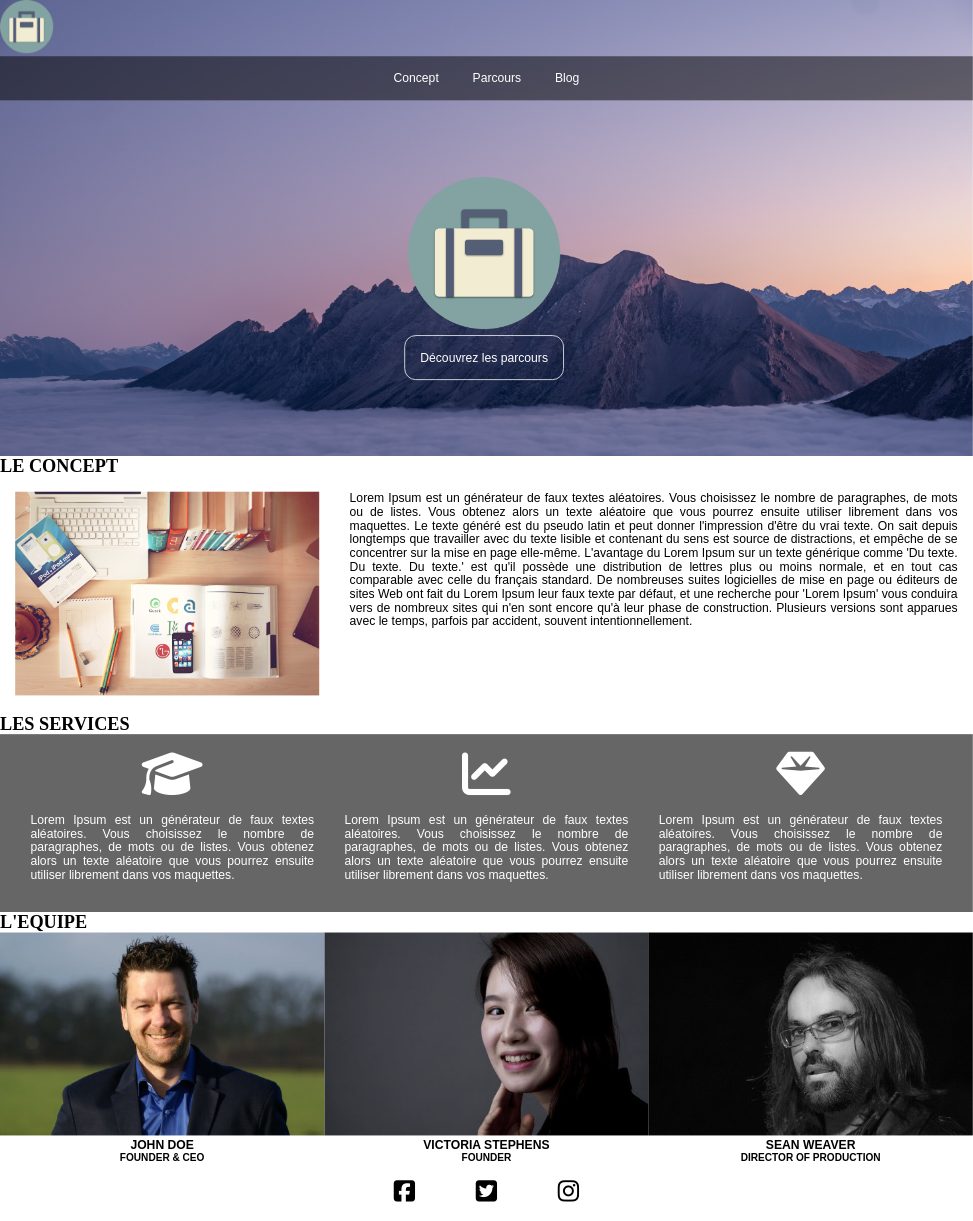
Repository: georeyff/WordPressThemes
Page: agenceVoyageInitial/index.html
These files come from the project's save history. The page is drawn as it stood at one moment and after the next save; the edit follows.
The browser window is 1280 px wide. The pictures show the whole page, at 76% of full size.
Some web libraries are served in a nearby version.

Above is the page before, as saved 2020-11-26 17:31:59.

After the next save:
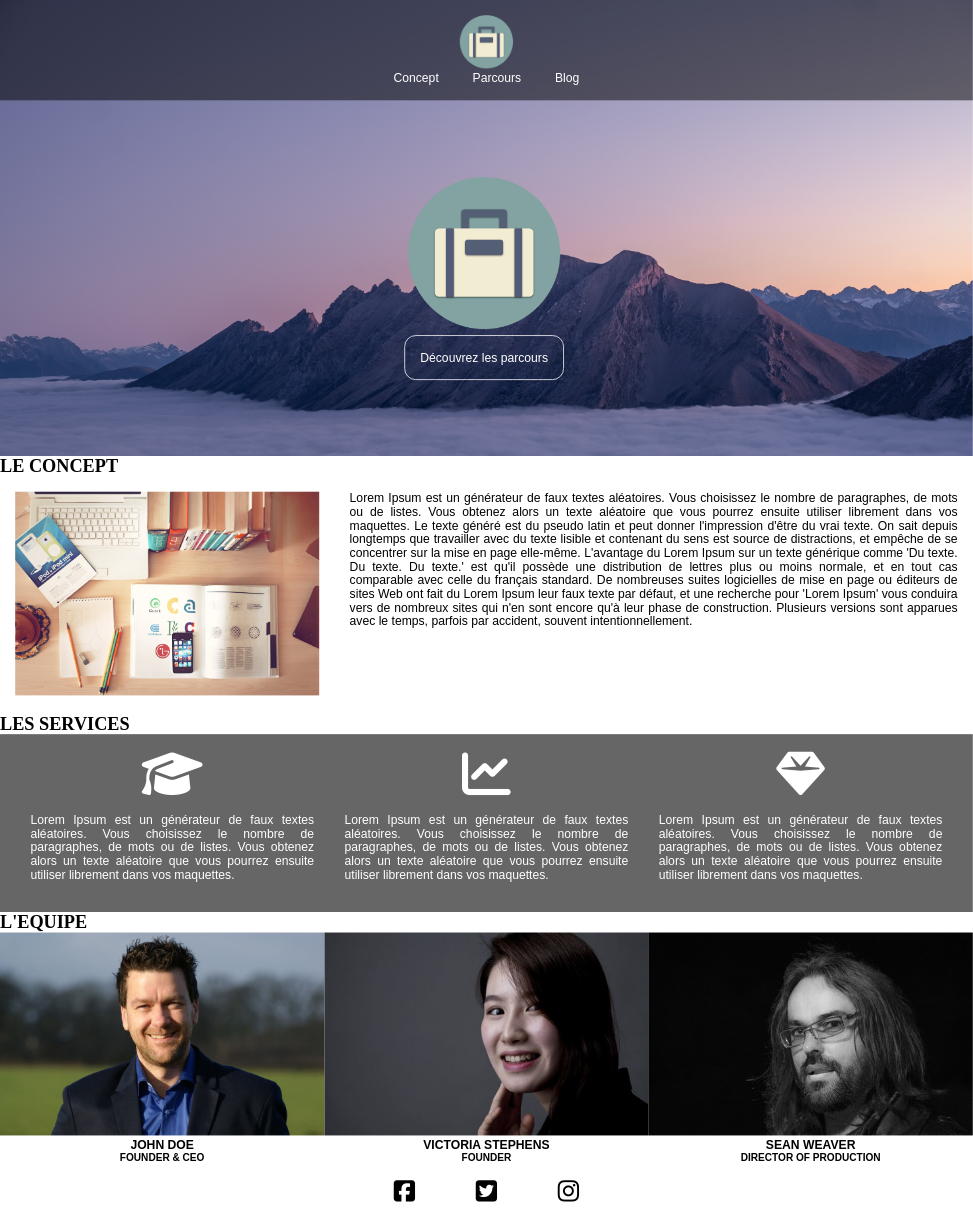
Saved 95 s later.
--- a/agenceVoyageInitial/index.html
+++ b/agenceVoyageInitial/index.html
@@ -20,11 +20,15 @@
   <body>
 
     <section id="hero">
-      <div id="logo"><img src="logo-valise.png" width="70px"></div>
+
       <nav>
-        <a href="#" target="_blank">Concept</a>
-        <a href="#" target="_blank">Parcours</a>
-        <a href="#" target="_blank">Blog</a>
+        <div id="logo"><img src="logo-valise.png" width="70px"></div>
+        <div id="menu">
+          <a href="#" target="_blank">Concept</a>
+          <a href="#" target="_blank">Parcours</a>
+          <a href="#" target="_blank">Blog</a>
+        </div>
+
       </nav><!--Ici, on referme la balise nav-->
       <div id="bandeau">
         <div id="contenu">
